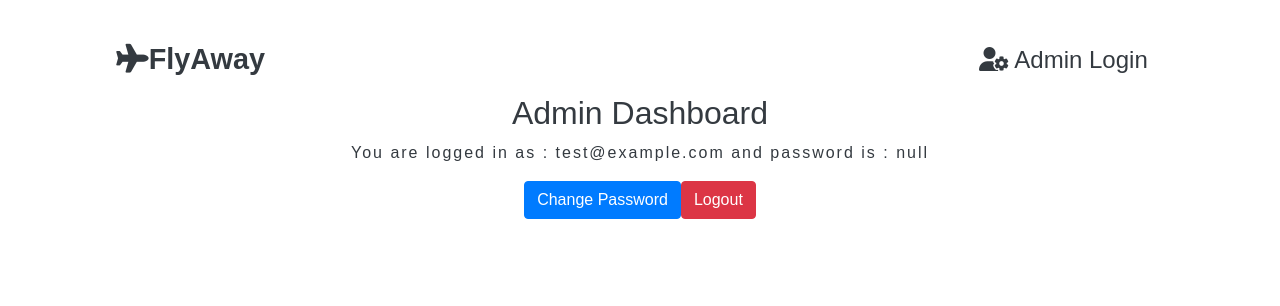
Repository: Niks4u2/FlyAway
Page: http://localhost/flyaway/dashboard.jsp
An editor plug-in stored every save of this project. The page is shown before and after the next save, followed by the edit.
The browser window is 1280 px wide. The pictures show the whole page.
Some web fonts or font styles are not loaded; a fallback is used. Some web libraries are served in a nearby version. The page is served by Tomcat 10. The session is filled in as if someone had signed in: {"email": "test@example.com"}.

Above is the page before, as saved 2021-09-26 07:33:49.

After the next save:
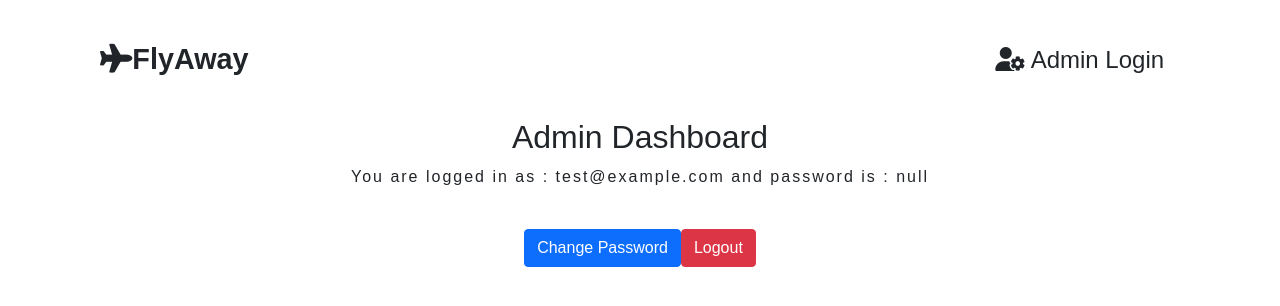
Saved 70 s later.
--- a/Source Code/flyaway/src/main/webapp/dashboard.jsp
+++ b/Source Code/flyaway/src/main/webapp/dashboard.jsp
@@ -7,8 +7,8 @@
     <meta charset="utf-8">
     <meta name="viewreport" content="width=device-width, initial-scale=1.0">
     <title>FlyAway</title>
-    <link rel="stylesheet" type="text/css"
-        href="https://stackpath.bootstrapcdn.com/bootstrap/4.3.1/css/bootstrap.min.css" />
+    <link href="https://cdn.jsdelivr.net/npm/bootstrap@5.0.2/dist/css/bootstrap.min.css" rel="stylesheet" integrity="sha384-EVSTQN3/azprG1Anm3QDgpJLIm9Nao0Yz1ztcQTwFspd3yD65VohhpuuCOmLASjC" crossorigin="anonymous">
+	<script src="https://cdn.jsdelivr.net/npm/bootstrap@5.0.2/dist/js/bootstrap.bundle.min.js" integrity="sha384-MrcW6ZMFYlzcLA8Nl+NtUVF0sA7MsXsP1UyJoMp4YLEuNSfAP+JcXn/tWtIaxVXM" crossorigin="anonymous"></script>
     <link href="https://fonts.googleapis.com/css?family=Raleway&display=swap" rel="stylesheet" />
     <script src="https://kit.fontawesome.com/92e9dde9ec.js" crossorigin="anonymous"></script>
     <style>
